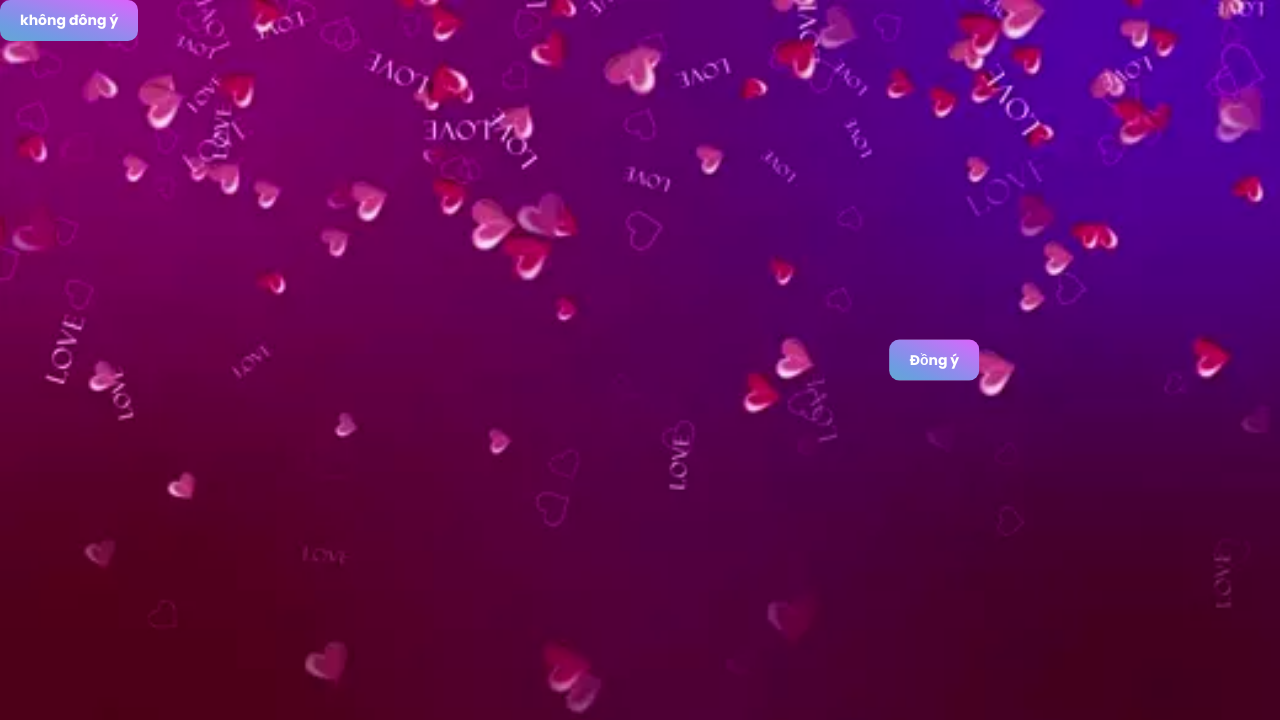
Repository: kuluong2000/love
Page: index.html
The author's editor kept a copy of each file at every save. The page is drawn from the files as they stood at one save, then again after the next save.
The browser window is 1280 px wide. The pictures show the whole page.

Above is the page before, as saved 2022-06-04 22:11:32.

After the next save:
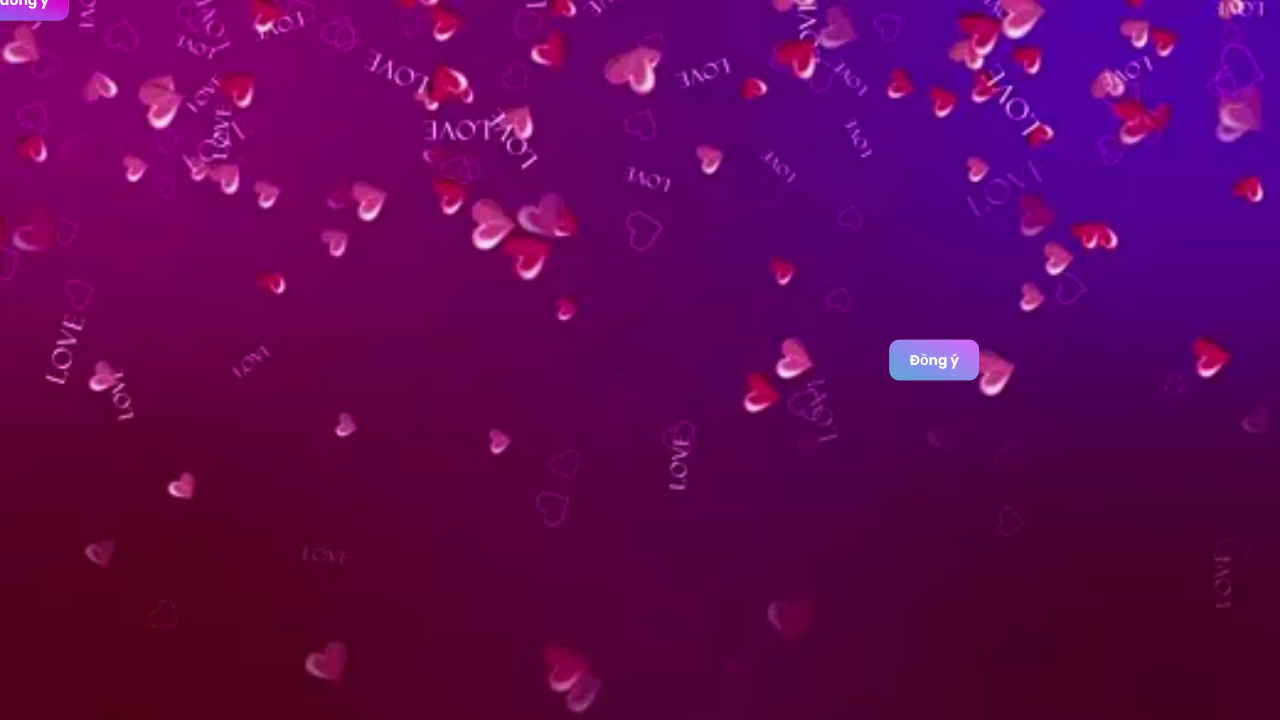
Saved 17 s later.
--- a/app.css
+++ b/app.css
@@ -53,3 +53,6 @@ body {
   top: 50%;
   transform: translate(-50%, -50%);
 }
+.love-fail {
+  transform: translate(-50%, -50%);
+}
